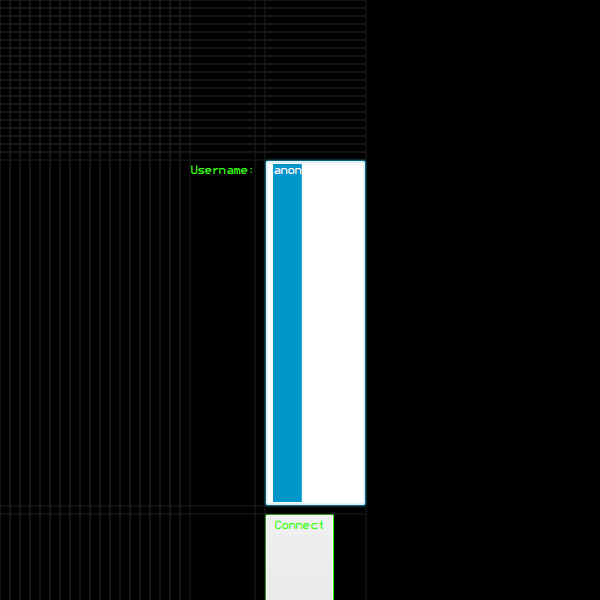
Repository: silic4-ivey/River
Program's window: java RiverClient/src/Main.java
An editor plug-in stored every save of this project. The program's window is shown before and after the next save, followed by the edit.
It runs on Java 21 on a 1366 x 768 screen with JavaFX 11; the title bar is not drawn. It also reads RiverClient/resources/fonts/Modeseven-L3n5.ttf.

Above is the program's window before, as saved 2021-08-16 19:02:39.

After the next save:
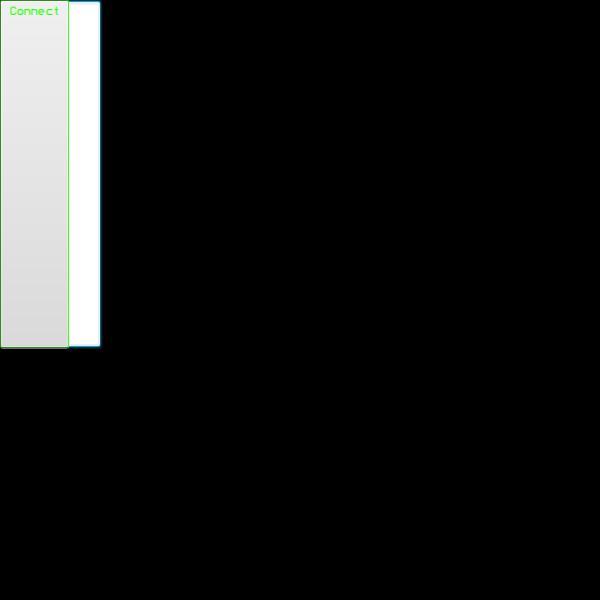
Saved 43 s later.
--- a/RiverClient/src/MainUI.java
+++ b/RiverClient/src/MainUI.java
@@ -71,9 +71,9 @@
 		layout1.add(text, size/2, size/2);
 		layout1.add(connectButton, size/2, size/2 -1);*/
 
-		GridPane.setConstraints(userLbl, 19, 20);
-		GridPane.setConstraints(text, 20, 20);
-		GridPane.setConstraints(connectButton, 20, 21);
+		//GridPane.setConstraints(userLbl, 19, 20);
+		//GridPane.setConstraints(text, 20, 20);
+		//GridPane.setConstraints(connectButton, 20, 21);
 
 		layout1.getChildren().addAll(userLbl,text,connectButton);
 

After the save that followed:
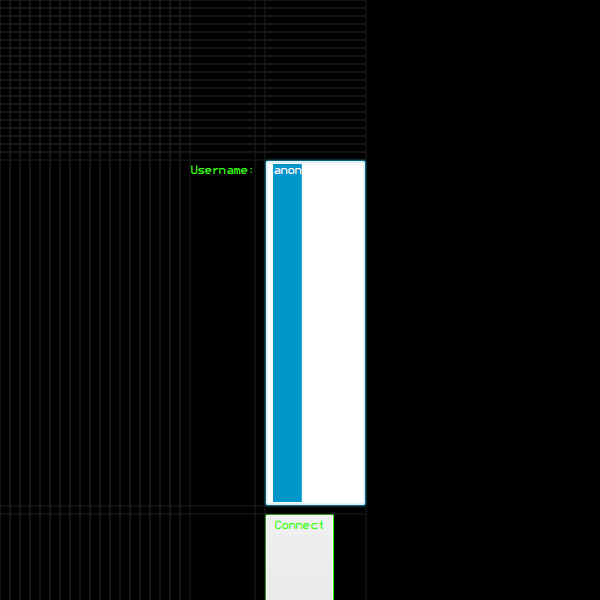
Saved 12 s later.
--- a/RiverClient/src/MainUI.java
+++ b/RiverClient/src/MainUI.java
@@ -71,9 +71,9 @@
 		layout1.add(text, size/2, size/2);
 		layout1.add(connectButton, size/2, size/2 -1);*/
 
-		//GridPane.setConstraints(userLbl, 19, 20);
-		//GridPane.setConstraints(text, 20, 20);
-		//GridPane.setConstraints(connectButton, 20, 21);
+		GridPane.setConstraints(userLbl, 19, 20);
+		GridPane.setConstraints(text, 20, 20);
+		GridPane.setConstraints(connectButton, 20, 21);
 
 		layout1.getChildren().addAll(userLbl,text,connectButton);
 
